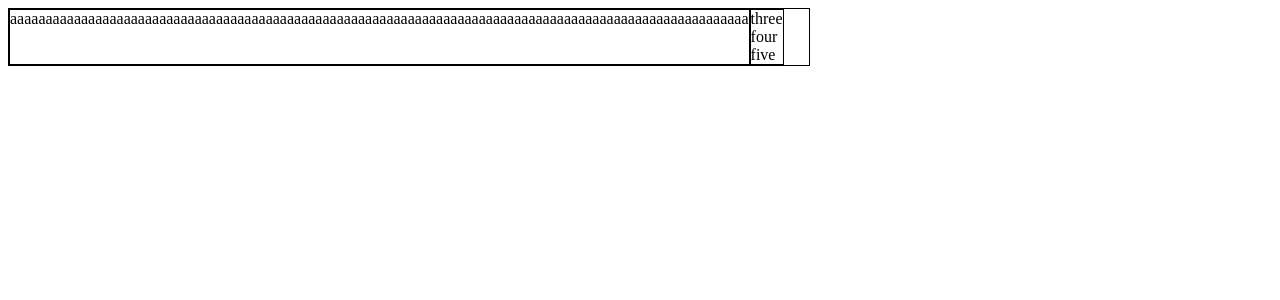
Repository: kpavankumaar/online_uk_class
Page: flex.html
The author's editor kept a copy of each file at every save. The page is drawn from the files as they stood at one save, then again after the next save.
The browser window is 1280 px wide. The pictures show the whole page.

Above is the page before, as saved 2022-01-12 14:37:38.

### flex.html
<!DOCTYPE html>
<!-- <html lang="ar" dir="rtl" > -->
<html lang="en">
<head>
    <meta charset="UTF-8">
    <meta http-equiv="X-UA-Compatible" content="IE=edge">
    <meta name="viewport" content="width=device-width, initial-scale=1.0">
    <title>Document</title>
    <style>
        div.main{
            border:1px solid black;
            width:800px;
            display: flex;
        }
        div.box{
            border:1px solid black;
            /* flex-basis: 200px; */
            /* flex-grow:0;
            flex-shrink:1;
            flex-basis:auto; */
            /* flex : 0 1 auto; short hand version */
            /* flex-grow: 1; */
            flex-shrink: 0;
            /* width:400px; */
        }
        .box1{
            /* flex-grow:1; */
            /* flex-grow: 1;
            flex-basis:200px; */
        }
        .box2{

        }
        .box3{
            /* flex-grow: 1;
            flex-basis: 200px; */
        }
    </style>
</head>
<body>
    <div class="main">
        <div class="box box1">
            aaaaaaaaaaaaaaaaaaaaaaaaaaaaaaaaaaaaaaaaaaaaaaaaaaaaaaaaaaaaaaaaaaaaaaaaaaaaaaaaaaaaaaaaaaaaaaaaaaaaaaaa
        </div>
        <!-- <div class="box box2">two</div> -->
        <div class="box box3">three <br> four <br>five</div>
    </div>
    <!-- <div class="main">
        <div class="box box1">
            ا
        </div>
        <div class="box box2">ب</div>
        <div class="box box3">ت</div>
    </div> -->

</body>
</html>

After the next save:
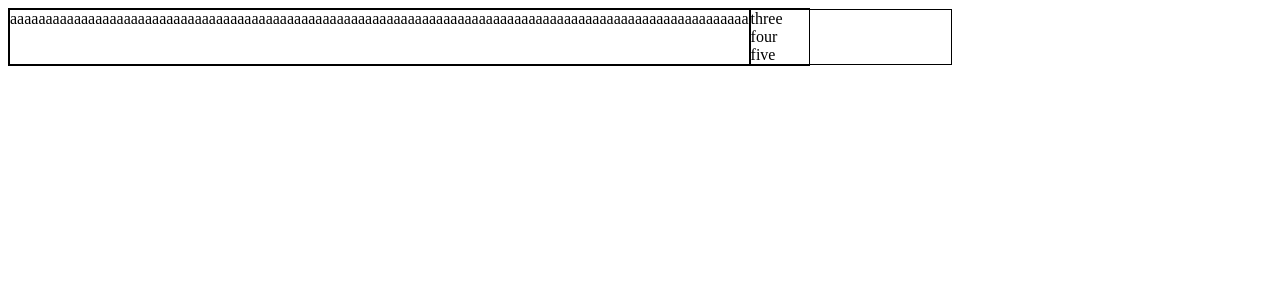
Saved 37 s later.
--- a/flex.html
+++ b/flex.html
@@ -32,8 +32,8 @@
 
         }
         .box3{
-            /* flex-grow: 1;
-            flex-basis: 200px; */
+            /* flex-grow: 1;*/
+            flex-basis: 200px;
         }
     </style>
 </head>
